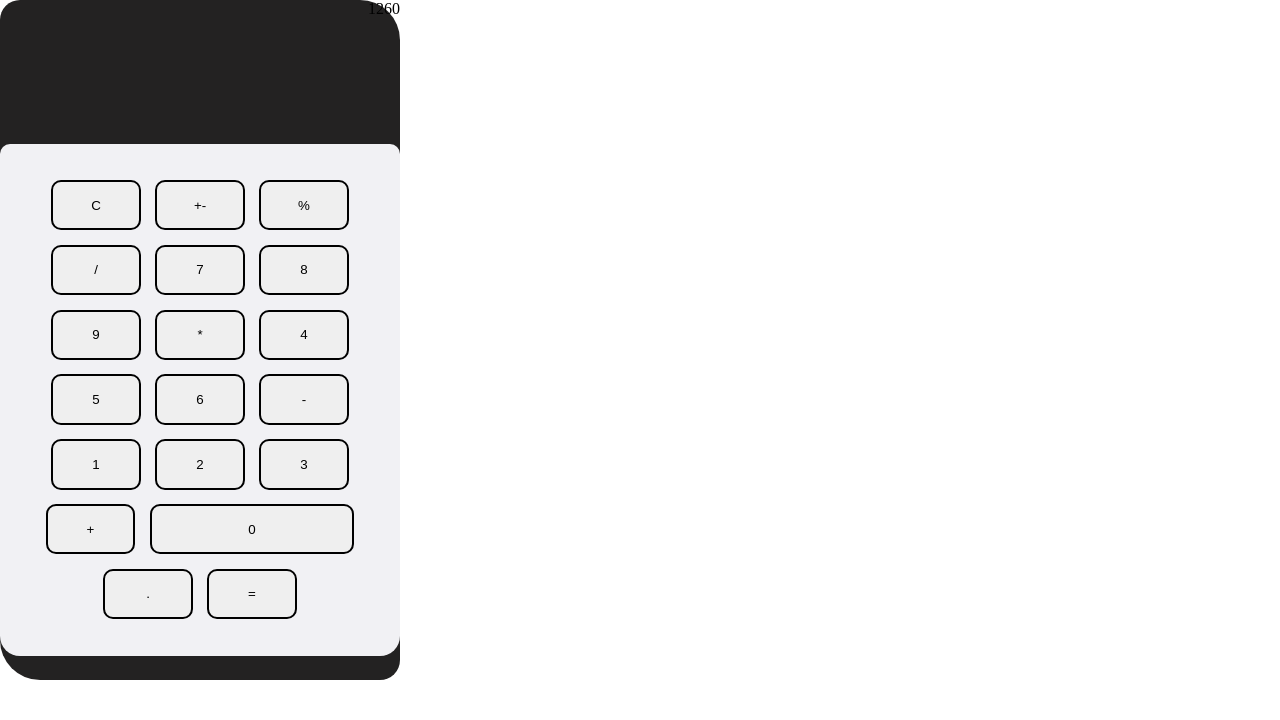
Repository: BrunoBross/calculator
Page: index.html
These files come from the project's save history. The page is drawn as it stood at one moment and after the next save; the edit follows.
The browser window is 1280 px wide. The pictures show the whole page.

Above is the page before, as saved 2021-11-30 23:00:16.

After the next save:
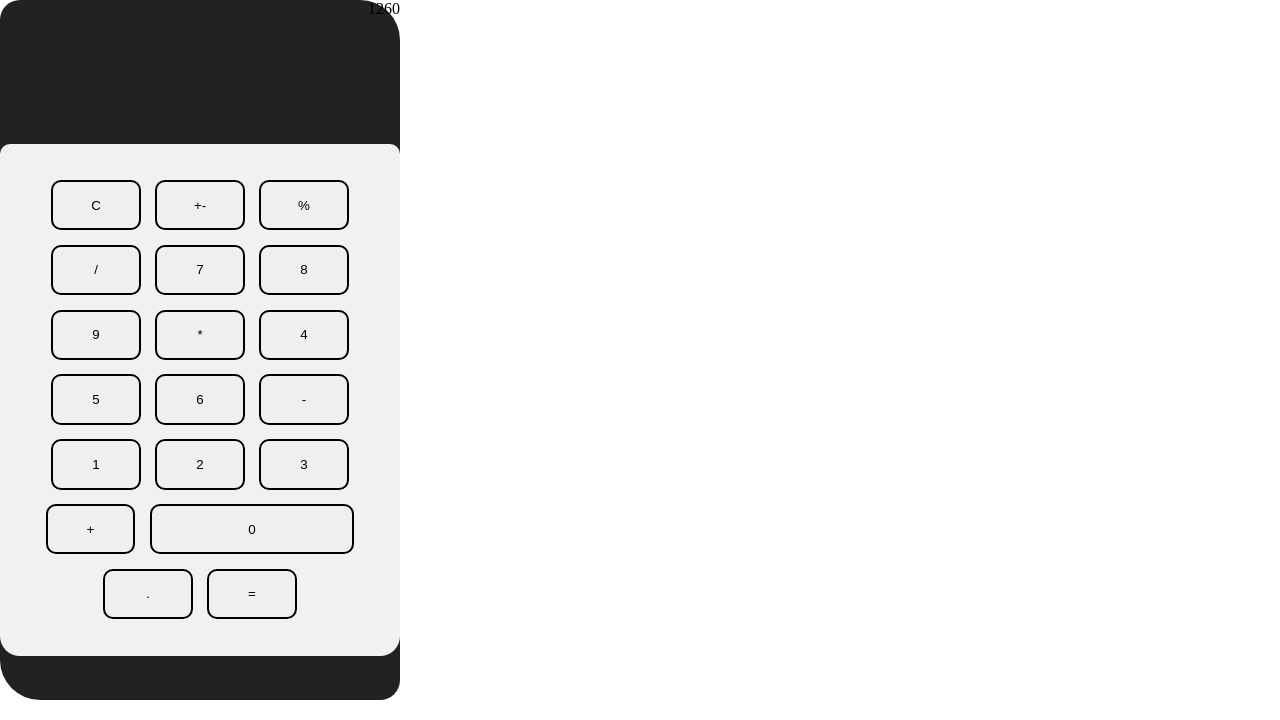
Saved 5 s later.
--- a/style.css
+++ b/style.css
@@ -8,7 +8,7 @@
   display: flex;
   flex-direction: column;
   width: 400px;
-  height: 680px;
+  height: 700px;
   border-radius: 20px 40px;
 }
 
